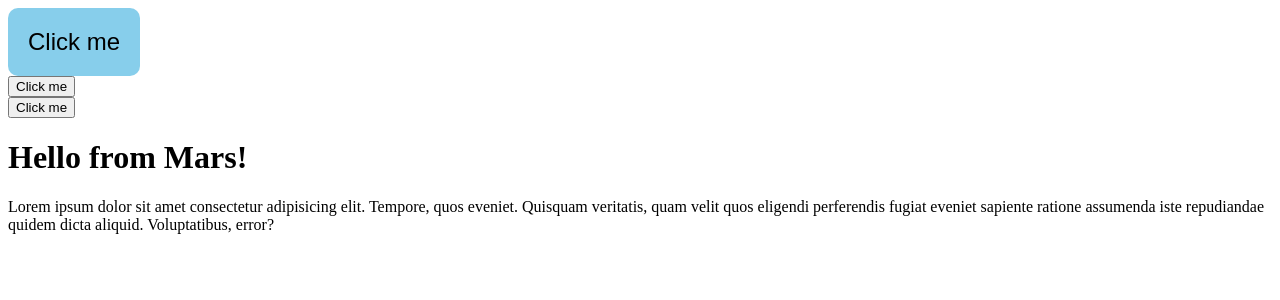
Repository: imokha01/DOM
Page: index.html
An editor plug-in stored every save of this project. The page is shown before and after the next save, followed by the edit.
The browser window is 1280 px wide. The pictures show the whole page.

Above is the page before, as saved 2023-12-18 12:06:04.

After the next save:
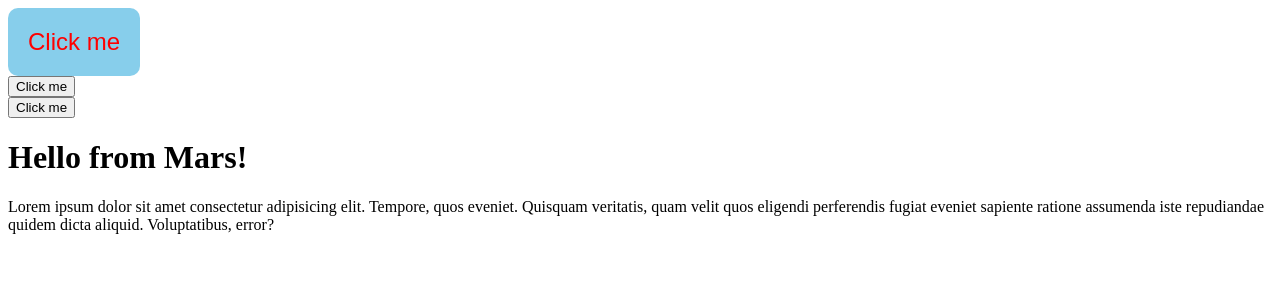
Saved 29 s later.
--- a/index.js
+++ b/index.js
@@ -6,6 +6,7 @@ button.style.padding = "20px";
 button.style.border = "none";
 button.style.borderRadius = "10px";
 button.style.fontSize  = "1.5em";
+button.style.color = "red"
 
 const body = document.querySelector("body")
 body.style.backgroundColor = "e"
